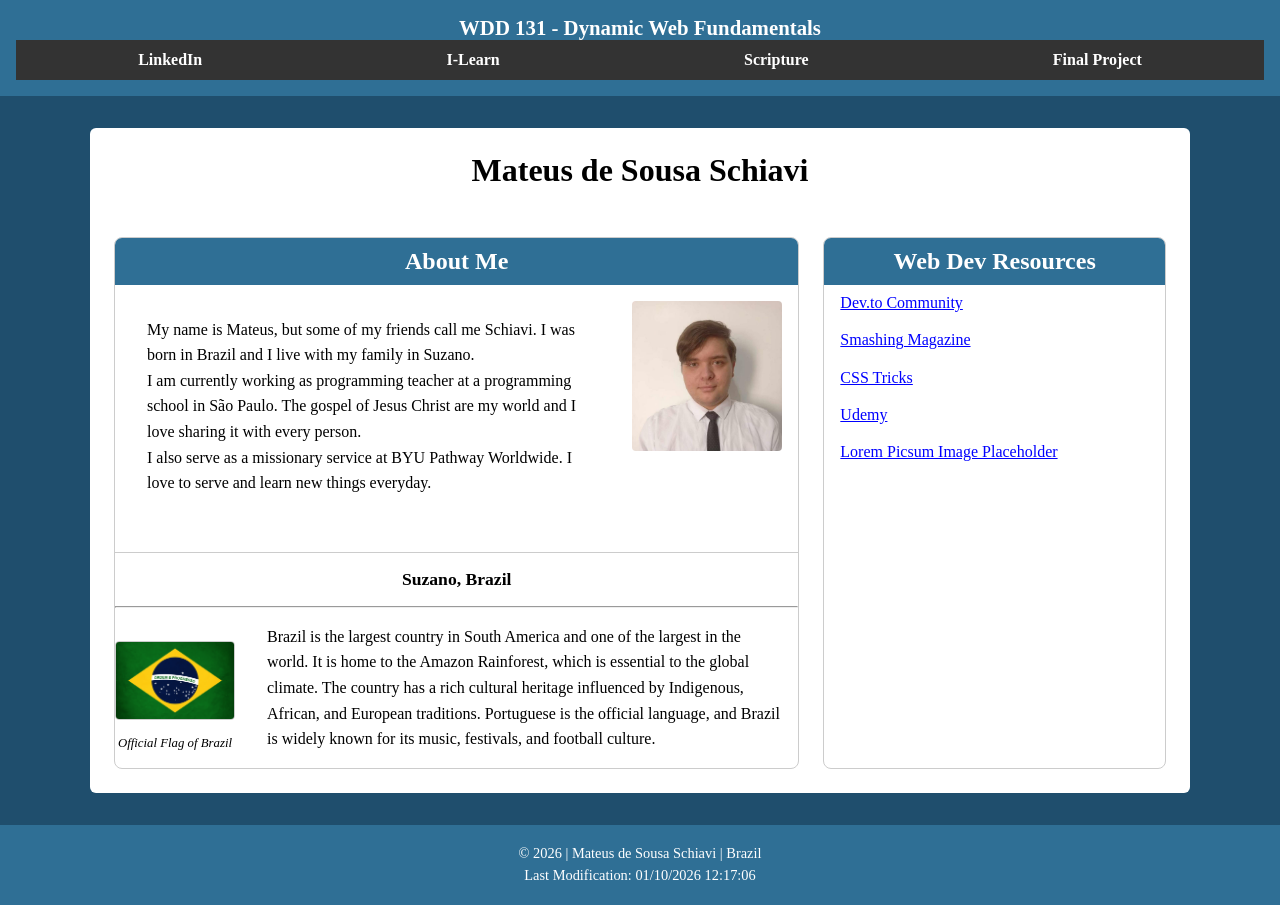
Repository: mateus-schiavi/wdd131
Page: index.html
An editor plug-in stored every save of this project. The page is shown before and after the next save, followed by the edit.
The browser window is 1280 px wide. The pictures show the whole page.
Some web fonts or font styles are not loaded; a fallback is used.

Above is the page before, as saved 2026-01-10 17:23:16.

After the next save:
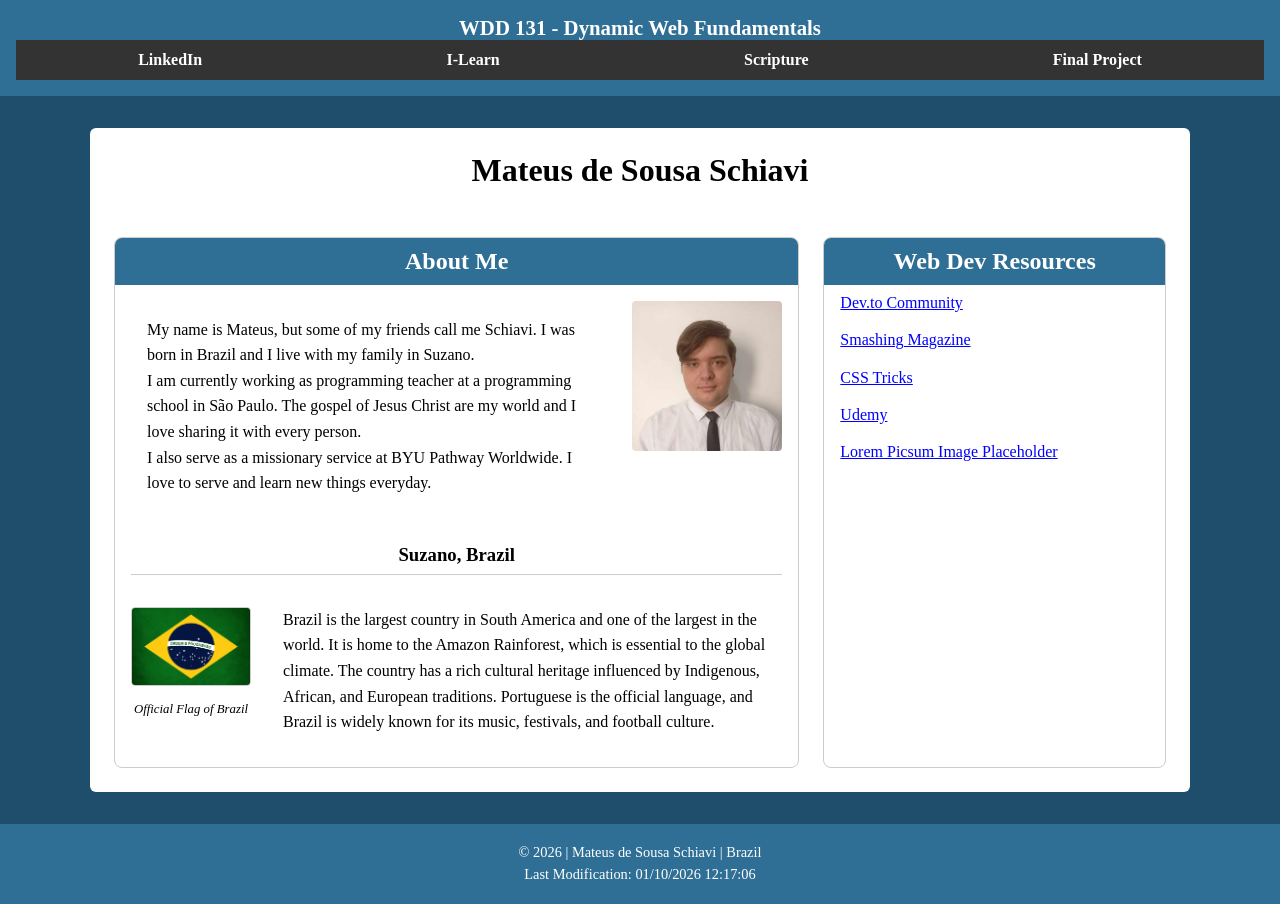
Saved 21 s later.
--- a/styles/base.css
+++ b/styles/base.css
@@ -137,38 +137,43 @@ footer p {
 }
 
 .country {
-    margin-top: 1.5rem;
-    padding-top: 1rem;
-    border-top: 1px solid var(--border-color);
+    padding: 1rem;
 }
 
 .country h3 {
     text-align: center;
-    margin-bottom: 1rem;
-    font-size: 1.1rem;
+    margin-bottom: 0.5rem;
 }
 
-.country-content {
-    display: flex;
-    align-items: center;
-    gap: 1rem;
+.country hr {
+    margin-bottom: 1rem;
+    border: none;
+    border-top: 1px solid var(--border-color);
 }
 
-.country-content img {
-    max-width: 120px;
+/* Layout bandeira + texto */
+.country-content {
+    display: grid;
+    grid-template-columns: auto 1fr;
+    gap: 1rem;
+    align-items: start;
+}
+
+.country figure {
+    text-align: center;
+}
+
+.country img {
+    width: 120px;
     border: 1px solid var(--border-color);
 }
 
-.country-content p {
+.country figcaption {
+    font-size: 0.8rem;
+    font-style: italic;
+    margin-top: 0.4rem;
+}
+
+.country p {
     line-height: 1.6;
 }
-
-figure {
-    text-align: center;
-}
-
-figcaption {
-    font-size: 0.8rem;
-    margin-top: 0.3rem;
-    font-style: italic;
-}
